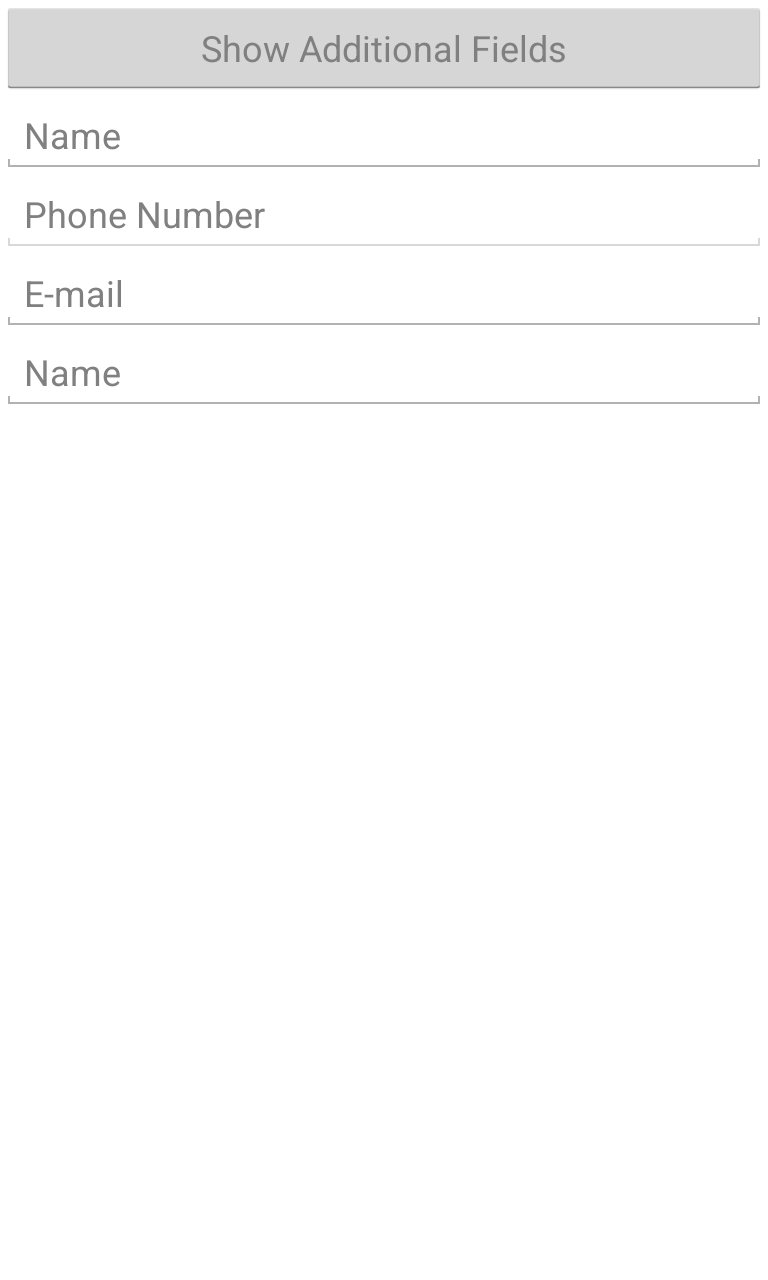
Repository: radupoenaru1992/Lab04
Layout: ContactsManager/res/layout/fragment_basic_details.xml
These files come from the project's save history. The layout is drawn as it stood at one moment and after the next save; the edit follows.
It is drawn on a 768 x 1280 px phone screen (xhdpi) without system bars, with theme AppTheme; the app's code is not run.

Above is the layout before, as saved 2015-03-28 22:30:21.

### ContactsManager/res/layout/fragment_basic_details.xml
<?xml version="1.0" encoding="utf-8"?>
<LinearLayout xmlns:android="http://schemas.android.com/apk/res/android"
    android:layout_width="match_parent"
    android:layout_height="match_parent"
    android:orientation="vertical" >

    <Button
        android:layout_width="match_parent"
        android:layout_height="wrap_content"
        android:gravity="center"
        android:hint="@string/show"
        />

    <EditText
        android:layout_width="match_parent"
        android:layout_height="wrap_content"
        android:hint="Name"/>

    <EditText
        android:layout_width="match_parent"
        android:layout_height="wrap_content"
        android:hint="Phone Number"
        android:enabled="false"/>

    <EditText
        android:layout_width="match_parent"
        android:layout_height="wrap_content"
        android:hint="E-mail"/>

    <EditText
        android:layout_width="match_parent"
        android:layout_height="wrap_content"
        android:hint="Name"/>


</LinearLayout>

### ContactsManager/res/values/strings.xml
<?xml version="1.0" encoding="utf-8"?>
<resources>

    <string name="app_name">ContactsManager</string>
    <string name="action_settings">Settings</string>
    <string name="hello_world">Hello world!</string>

    <string name="show">Show Additional Fields</string>
    <string name="hide">Hide Additional Fields</string>

</resources>

Loaded but not shown: ContactsManager/res/values/styles.xml (common file); ContactsManager/res/values-v11/styles.xml (common file); ContactsManager/res/values-v14/styles.xml (common file)

After the next save:
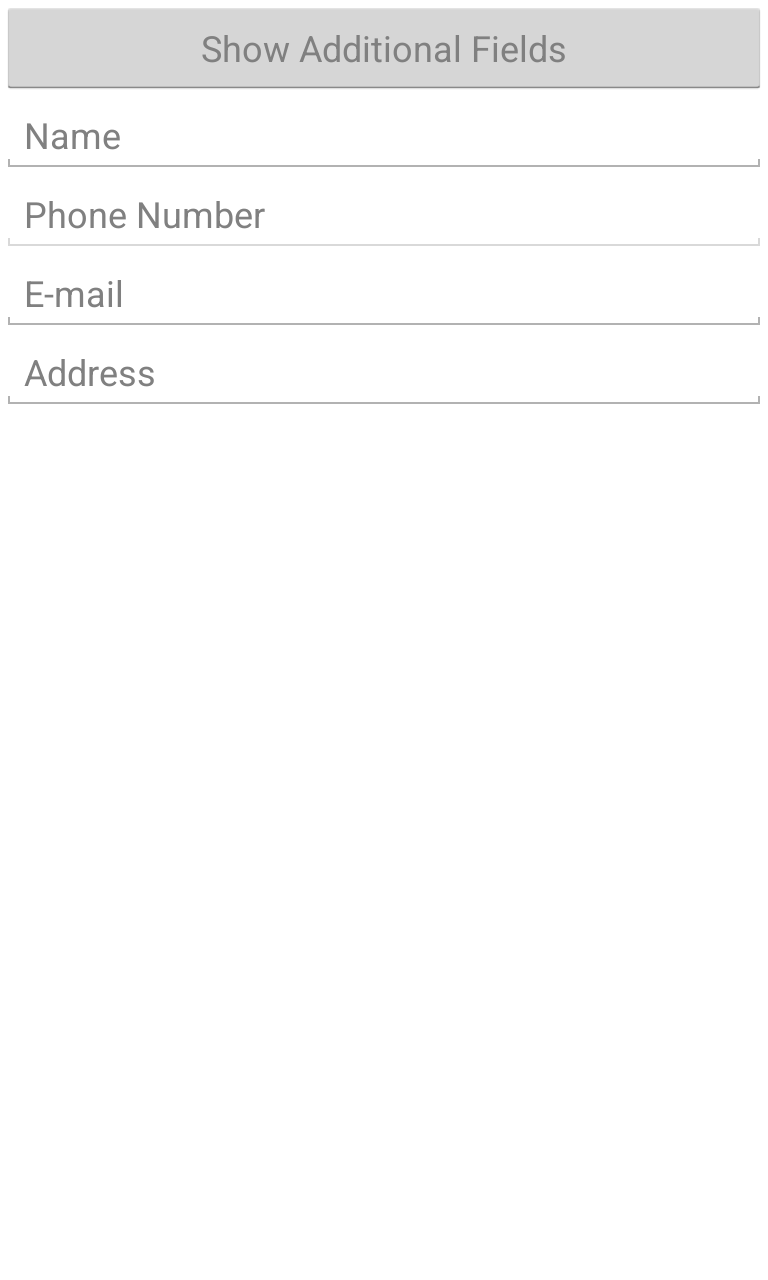
Saved 10 s later.
--- a/ContactsManager/res/layout/fragment_basic_details.xml
+++ b/ContactsManager/res/layout/fragment_basic_details.xml
@@ -30,7 +30,7 @@
     <EditText
         android:layout_width="match_parent"
         android:layout_height="wrap_content"
-        android:hint="Name"/>
+        android:hint="Address"/>
 
 
 </LinearLayout>
